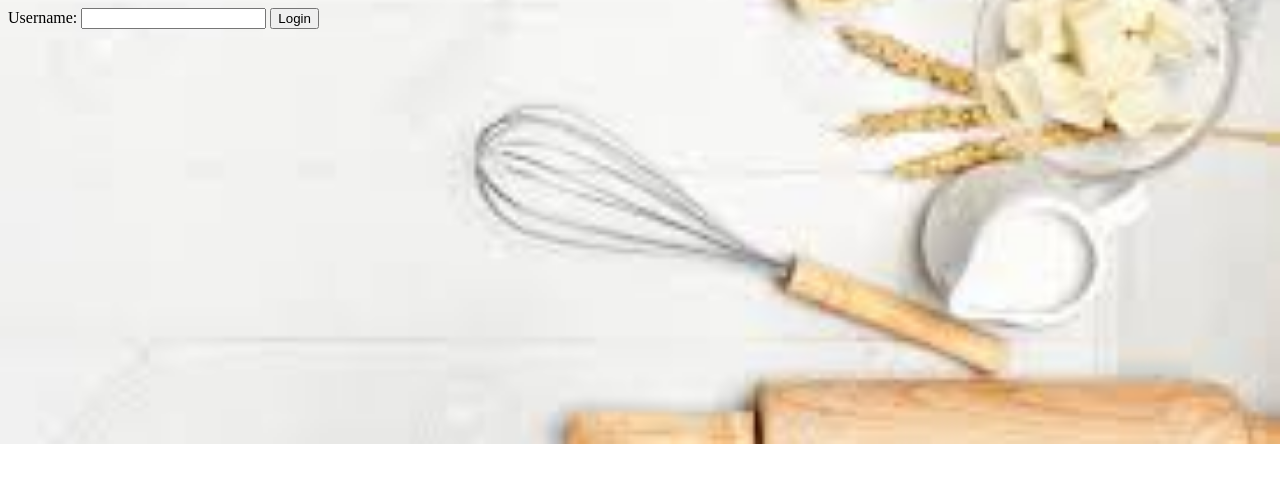
Repository: atena123/COOK-BOOK
Page: http://localhost/
The author's editor kept a record of every edit. The page is drawn from the files as they stood at one moment, then again after the next edit.
The browser window is 1280 px wide. The pictures show the whole page.
The page is served by the project's application, run on Flask 3 (app.py).

Above is the page before.

After the next edit:
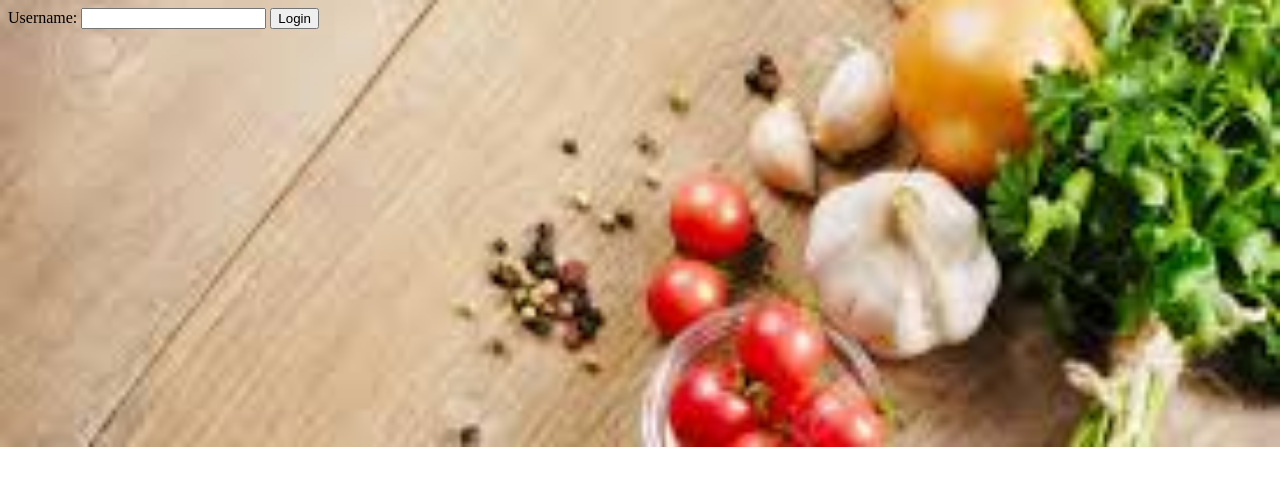
The edit:
--- a/static/css/style.css
+++ b/static/css/style.css
@@ -1,5 +1,5 @@
 body {
-    background: url("../images/cooking-tools.jpg");
+    background: url("../images/online_book.jpg");
     background-position: center;
     background-repeat: no-repeat;
     background-size: cover;

After the 2 edits that followed:
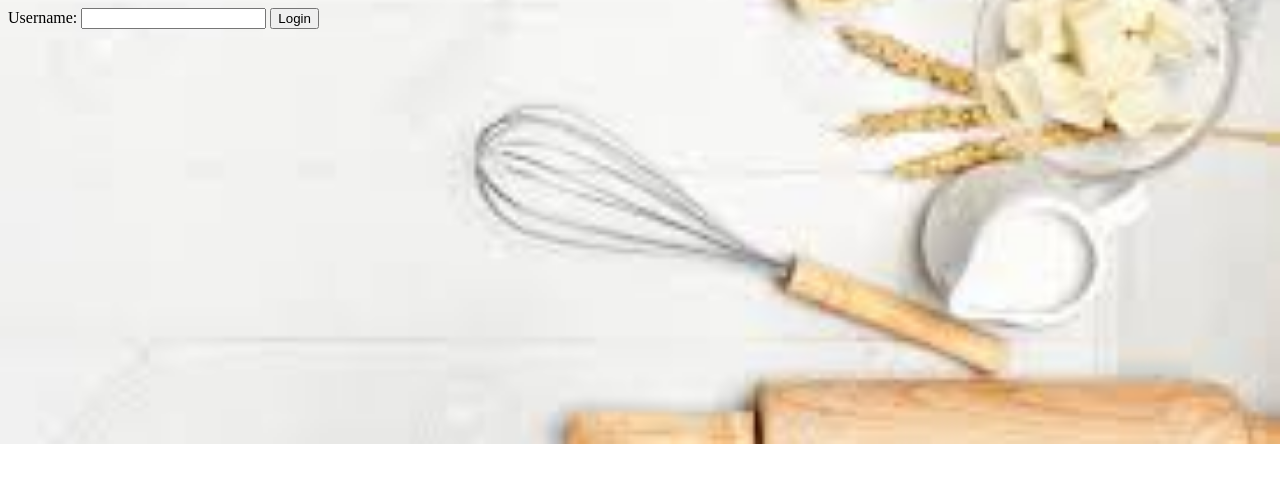
The 2 edits are shown as one change because 1 left the picture as it was.
The edit:
--- a/static/css/style.css
+++ b/static/css/style.css
@@ -1,5 +1,5 @@
 body {
-    background: url("../images/online_book.jpg");
+    background: url("../images/cooking-tools.jpg");
     background-position: center;
     background-repeat: no-repeat;
     background-size: cover;
@@ -95,7 +95,8 @@
 }
 
 .bg-color-navbar {
-    background-color: #E99D6B;
+    background-color: #CD853F;
+    height: 65px;
 }
 
 .navbar-default .navbar-brand {
